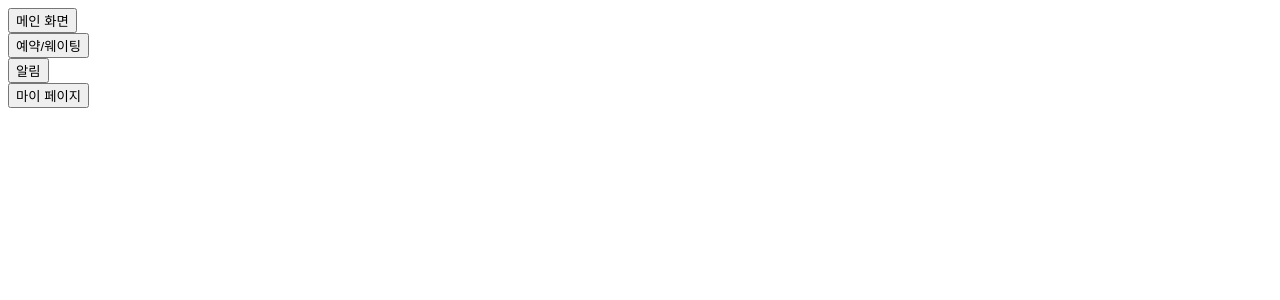
Repository: MeGuuuun/-_TableJava
Page: http://localhost/kimbanbagi/ownerNotification.jsp
These files come from the project's save history. The page is drawn as it stood at one moment and after the next save; the edit follows.
The browser window is 1280 px wide. The pictures show the whole page.
The page is served by Tomcat 10. Nobody is signed in. The application's start-up code is not run. Other server files are loaded and not shown.

Above is the page before, as saved 2024-06-14 02:33:10.

### tableJava/kimbanbagi/WebContent/ownerNotification.jsp
<%@ page language="java" contentType="text/html; charset=UTF-8"
    pageEncoding="UTF-8"%>
<%@ taglib prefix="c" uri="http://java.sun.com/jsp/jstl/core" %>
<!DOCTYPE html>
<html>
<head>
<meta charset="UTF-8">
<title>사장님 알림 화면</title>
</head>
<body>
	<div id="container">
		<div class="nav">
            <form method="POST" action="ownerMain">
            	<input type="hidden" name="userId" value="${userId }">
            	<input type="hidden" name="restaurantId" value="${restaurantId }">
            	<button type="submit">메인 화면</button>
            </form>
            <form method="POST" action="OwnerBookList">
            	<input type="hidden" name="userId" value="${userId }">
            	<input type="hidden" name="restaurantId" value="${restaurantId }">
            	<button type="submit" name="action" value="bookList">예약/웨이팅</button>
            </form>
            <button onclick="location.reload()">알림</button>
            <form method="POST" action="MyPage">
            	<input type="hidden" name="userId" value="${userId }">
            	<input type="hidden" name="restaurantId" value="${restaurantId }">
            	<button type="submit" name="action" value="getOwnerInfo">마이 페이지</button>
            </form>
    	</div>
    	<div>
			<c:forEach items="${notification }" var="notification">
				<div>
					${notification.rName } <br>
					${notification.comments }
				</div>
			</c:forEach>
		</div>
	</div>
</body>
</html>

After the next save:
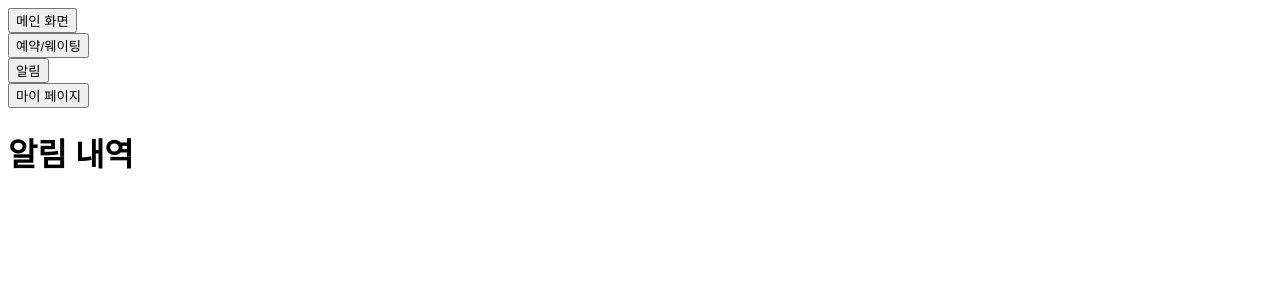
Saved 25 s later.
--- a/tableJava/kimbanbagi/WebContent/ownerNotification.jsp
+++ b/tableJava/kimbanbagi/WebContent/ownerNotification.jsp
@@ -27,6 +27,7 @@
             	<button type="submit" name="action" value="getOwnerInfo">마이 페이지</button>
             </form>
     	</div>
+    	<h1>알림 내역</h1>
     	<div>
 			<c:forEach items="${notification }" var="notification">
 				<div>
